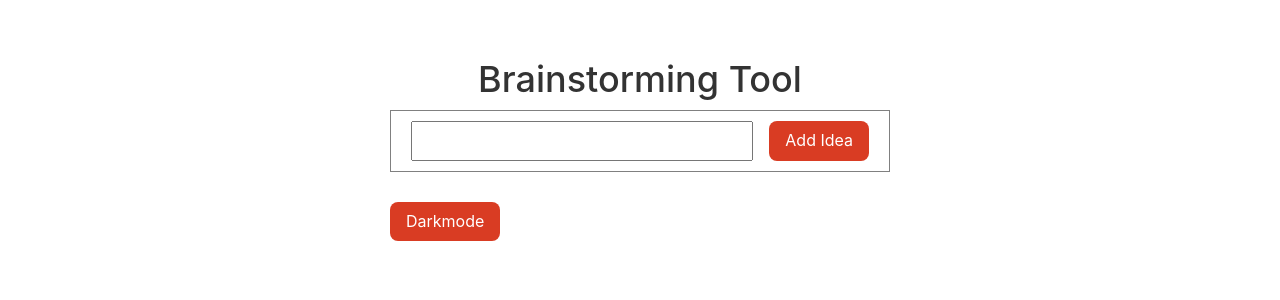
Repository: MateoD-0700/brainstorming-tool-v1
Page: /
These files come from the project's save history. The page is drawn as it stood at one moment and after the next save; the edit follows.
The browser window is 1280 px wide. The pictures show the whole page.
The project was rebuilt for these pictures with package versions that can differ from the ones it lists, and the page was loaded fresh each time.

Above is the page before, as saved 2021-10-14 00:38:19.

### public/index.html
<!DOCTYPE html>
<html lang="en">
  <head>
    <meta charset="utf-8" />
    <link rel="stylesheet" href="https://maxcdn.bootstrapcdn.com/bootstrap/3.4.1/css/bootstrap.min.css">
    <meta name="viewport" content="width=device-width, initial-scale=1" />
    <meta name="theme-color" content="#000000" />
    <meta
      name="description"
      content="Web site created using create-react-app"
    />
    <link rel="apple-touch-icon" href="%PUBLIC_URL%/logo192.png" />
    <!--
      manifest.json provides metadata used when your web app is installed on a
      user's mobile device or desktop. See https://developers.google.com/web/fundamentals/web-app-manifest/
    -->
    <link rel="manifest" href="%PUBLIC_URL%/manifest.json" />
    <!--
      Notice the use of %PUBLIC_URL% in the tags above.
      It will be replaced with the URL of the `public` folder during the build.
      Only files inside the `public` folder can be referenced from the HTML.

      Unlike "/favicon.ico" or "favicon.ico", "%PUBLIC_URL%/favicon.ico" will
      work correctly both with client-side routing and a non-root public URL.
      Learn how to configure a non-root public URL by running `npm run build`.
    -->
    <title>BrainstormingTool</title>
  </head>
  <body>
    <noscript>You need to enable JavaScript to run this app.</noscript>
    <div id="root"></div>
    <!--
      This HTML file is a template.
      If you open it directly in the browser, you will see an empty page.

      You can add webfonts, meta tags, or analytics to this file.
      The build step will place the bundled scripts into the <body> tag.

      To begin the development, run `npm start` or `yarn start`.
      To create a production bundle, use `npm run build` or `yarn build`.
    -->
  </body>
</html>

### src/App.js
import React from "react";
import "./App.css";

const App = () => {
  const [todos, setTodos] = React.useState([]);
  const [todo, setTodo] = React.useState("");
  const [todoEditing, setTodoEditing] = React.useState(null);
  const [editingText, setEditingText] = React.useState("");
  const [darkMode, setDarkMode] = React.useState(false);

  React.useEffect(() => {
    if (darkMode) {
      document.body.classList.add("dark");
    } else {
      document.body.classList.remove("dark");
    }
  }, [darkMode]);

  React.useEffect(() => {
    const json = localStorage.getItem("site-dark-mode");
    const currentMode = JSON.parse(json);
    if (currentMode) {
      setDarkMode(true);
    } else {
      setDarkMode(false);
    }
  }, []);

  React.useEffect(() => {
    const json = localStorage.getItem("todos");
    const loadedTodos = JSON.parse(json);
    if (loadedTodos) {
      setTodos(loadedTodos);
    }
  }, []);

  React.useEffect(() => {
    const json = JSON.stringify(todos);
    localStorage.setItem("todos", json);
  }, [todos]);

  function handleSubmit(e) {
    e.preventDefault();

    const newTodo = {
      id: new Date().getTime(),
      text: todo,
      completed: false,
    };
    setTodos([...todos].concat(newTodo));
    setTodo("");
  }

  function deleteTodo(id) {
    let updatedTodos = [...todos].filter((todo) => todo.id !== id);
    setTodos(updatedTodos);
  }

  function toggleComplete(id) {
    let updatedTodos = [...todos].map((todo) => {
      if (todo.id === id) {
        todo.completed = !todo.completed;
      }
      return todo;
    });
    setTodos(updatedTodos);
  }

  function submitEdits(id) {
    const updatedTodos = [...todos].map((todo) => {
      if (todo.id === id) {
        todo.text = editingText;
      }
      return todo;
    });
    setTodos(updatedTodos);
    setTodoEditing(null);
  }

  return (
    <div id="todo-list">
      <h1>Brainstorming Tool</h1>
      <form onSubmit={handleSubmit}>
        <input
          type="text"
          onChange={(e) => setTodo(e.target.value)}
          value={todo}
        />
        <button type="submit">Add Idea</button>
      </form>
      {todos.map((todo) => (
        <div key={todo.id} className="todo">
          <div className="todo-text">
            <input
              type="checkbox"
              id="completed"
              checked={todo.completed}
              onChange={() => toggleComplete(todo.id)}
            />
            {todo.id === todoEditing ? (
              <input
                type="text"
                onChange={(e) => setEditingText(e.target.value)}
              />
            ) : (
              <div>{todo.text}</div>
            )}

          </div>
          <div className="todo-actions">
            {todo.id === todoEditing ? (
              <button onClick={() => submitEdits(todo.id)}>Submit Edits</button>
            ) : (
              <button onClick={() => setTodoEditing(todo.id)}>Edit</button>
            )}

            <button onClick={() => deleteTodo(todo.id)}>Delete</button>

          </div>

        </div>

      ))}
      <div>
        <button onClick={()=>setDarkMode(!darkMode)}>Darkmode</button>
        </div>
    </div>
  );
};

export default App;

### src/App.css
h1{
  text-align: center;
}

#todo-list {
  width: 500px;
  margin: 60px auto;
}

form, .todo {
  border: 1px solid grey;
  padding: 10px 20px;
  margin-bottom: 10px;
}

form {
  display: flex;
  justify-content: space-between;
  margin-bottom: 30px;
}

form input {
  padding: 4px 8px;
  flex-grow: 1;
  margin-right: 16px;
}

.todo {
  display: flex;
  flex-direction: column;
}

button {
  font-size: 16px;
  background-color: rgb(217, 60, 35);
  color: #fff;
  border-radius: 8px;
  border: none;
  padding: 8px 16px;
  cursor: pointer;
}

button:hover {
  background-color: rgb(173, 47, 28);
}

button:active {
  background-color: rgb(130,35,21);
}

button:focus {
  outline: 0;
}

input[type='text'] { font-size: 20px; font-family: monospace; }
.todo input[type="checkbox"] {
  transform: scale(1.8) translateY(1px);
  margin: 0 16px 0 0;
  cursor: pointer;
}

.todo-text input {
  padding: 4px;
}

.todo-text {
  font-size: 24px;
  line-height: 24px;
  margin-bottom: 16px;
  display: flex;
  align-items: center;
}

.todo-completed {
  display: flex;
  margin: 10px 0;
}

.todo-actions {
  display: flex;
  justify-content: space-between;
}

.dark {
  background: #03002e;

}
.dark,.todo-actions  {
  color: white;
}

Loaded but not shown: src/index.js (common file); src/index.css (common file); src/reportWebVitals.js (common file)

After the next save:
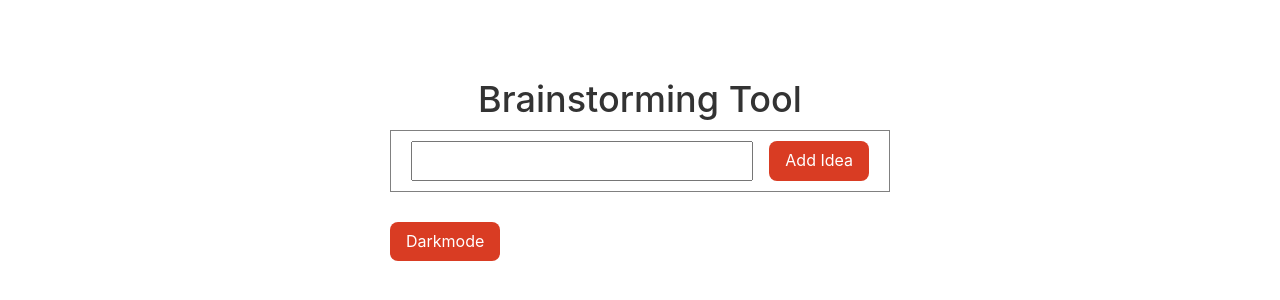
Saved 68 s later.
--- a/src/App.js
+++ b/src/App.js
@@ -79,6 +79,7 @@ const App = () => {
 
   return (
     <div id="todo-list">
+      <div class="container"></div>
       <h1>Brainstorming Tool</h1>
       <form onSubmit={handleSubmit}>
         <input
